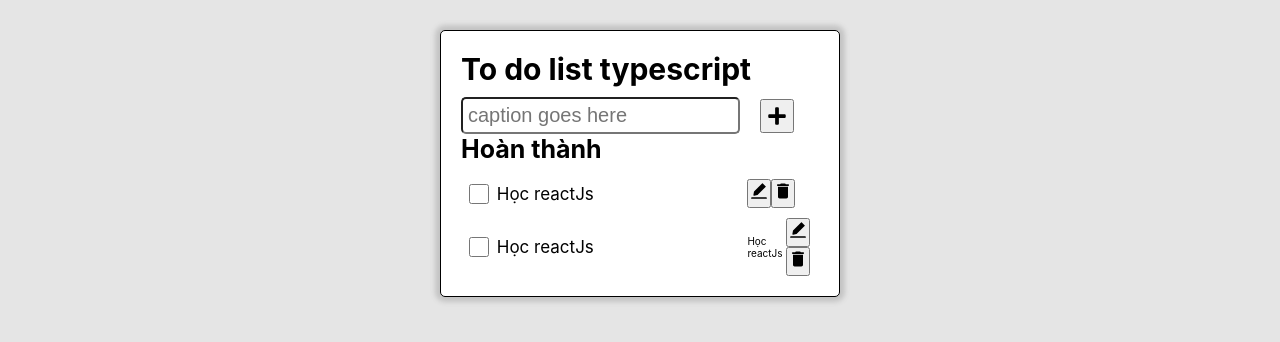
Repository: Nhatktvn/TodoListReactTs
Page: /
An editor plug-in stored every save of this project. The page is shown before and after the next save, followed by the edit.
The browser window is 1280 px wide. The pictures show the whole page.
The project was rebuilt for these pictures with package versions that can differ from the ones it lists, and the page was loaded fresh each time.

Above is the page before, as saved 2023-11-08 09:08:44.

### src/index.css
* {
  margin: 0;
  padding: 0;
  box-sizing: border-box;
}

html {
  font-size: 10px;
  --font-size: 2rem;
}

body {
  margin: 0;
  font-family: -apple-system, BlinkMacSystemFont, 'Segoe UI', 'Roboto', 'Oxygen', 'Ubuntu', 'Cantarell', 'Fira Sans',
    'Droid Sans', 'Helvetica Neue', sans-serif;
  -webkit-font-smoothing: antialiased;
  -moz-osx-font-smoothing: grayscale;
  background-color: #e5e5e5;
}

input,
button {
  font-size: var(--font-size);
}
code {
  font-family: source-code-pro, Menlo, Monaco, Consolas, 'Courier New', monospace;
}

### src/App.tsx
import React from 'react'
import './App.css'
import TodoList from './components/TodoList/TodoList'

function App() {
  return (
    <div className='App'>
      <TodoList />
    </div>
  )
}

export default App

### src/components/TodoList/TodoList.tsx
import React from 'react'
import styles from './todoList.module.scss'
import TaskInput from '../TaskInput/TaskInput'
import TaskList from '../TaskList/TaskList'
export default function TodoList() {
  return (
    <div className={styles.todoList}>
      <div className={styles.todoListContainer}>
        <TaskInput />
        <TaskList />
      </div>
    </div>
  )
}

### src/components/TodoList/todoList.module.scss
.todoList {
  padding: 3rem;
}
.todoListContainer {
  background-color: #fff;
  padding: 2rem;
  max-width: 40rem;
  border-radius: 5px;
  margin: 0 auto;
  border: 1px solid #000;
  box-shadow: 0px 0px 5px 5px #c4c4c4;
  text-align: left;
}

### src/components/TaskInput/TaskInput.tsx
import React from 'react'
import styles from './taskInput.module.scss'
import { FaPlus } from 'react-icons/fa'
export default function TaskInput() {
  return (
    <div>
      <h1 className={styles.title}>To do list typescript</h1>
      <form className={styles.form}>
        <input type='text' placeholder='caption goes here' />
        <button type='submit'>
          <FaPlus />
        </button>
      </form>
    </div>
  )
}

### src/components/TaskList/TaskList.tsx
import React from 'react'
import styles from './tasklist.module.scss'
import { AiFillEdit } from 'react-icons/ai'
import { MdDelete } from 'react-icons/md'
export default function TaskList() {
  return (
    <div>
      <h2 className={styles.title}>Hoàn thành</h2>
      <div className={styles.tasks}>
        <div className={styles.task}>
          <input type='checkbox' />
          <span className={styles.taskName}>Học reactJs</span>
          <div className={styles.taskAction}>
            <button className={styles.btn}>
              <AiFillEdit />
            </button>
            <button className={styles.btn}>
              <MdDelete />
            </button>
          </div>
        </div>
        <div className={styles.task}>
          <input type='checkbox' />
          <span className={styles.taskName}>Học reactJs</span>
          <span>Học reactJs</span>
          <div className={styles.taskAction}>
            <button className={styles.btn}>
              <AiFillEdit />
            </button>
            <button className={styles.btn}>
              <MdDelete />
            </button>
          </div>
        </div>
      </div>
    </div>
  )
}

### src/components/TaskInput/taskInput.module.scss
.title {
  font-size: 3rem;
  margin-bottom: 1rem;
}

.form {
  display: flex;
  justify-content: left;
  align-items: center;
  gap: 2rem;
  input {
    padding: 5px;
    border-radius: 5px;
  }
  button {
    flex-shrink: 0;
    cursor: pointer;
    display: flex;
    justify-content: center;
    align-items: center;
    padding: 5px;
  }
}

### src/components/TaskList/tasklist.module.scss
.title {
  font-size: 2.5rem;
  margin-bottom: 1.5rem;
}
.tasks {
  .task {
    display: flex;
    justify-content: flex-start;
    align-items: center;
    &:not(:last-child) {
      margin-bottom: 1rem;
    }
    input {
      flex: 0 0 10%;
      max-width: 10%;
      height: 2rem;
    }
    .taskName {
      flex: 0 0 70%;
      max-width: 70%;
      font-size: 1.7rem;
      &.taskNameDone {
        text-decoration: line-through;
      }
    }
  }
}

Loaded but not shown: public/index.html (common file); src/index.tsx (common file); src/reportWebVitals.ts (common file); src/App.css (common file)

After the next save:
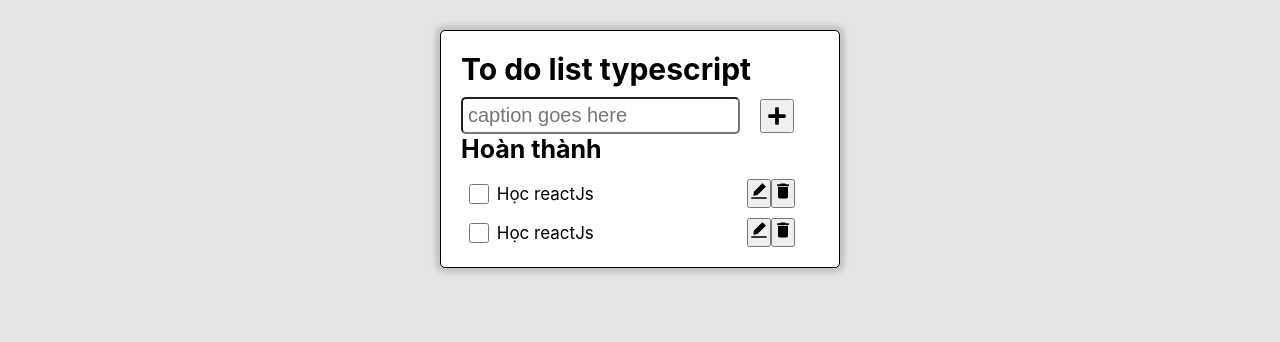
Saved 8 s later.
--- a/src/components/TaskList/TaskList.tsx
+++ b/src/components/TaskList/TaskList.tsx
@@ -22,7 +22,6 @@ export default function TaskList() {
         <div className={styles.task}>
           <input type='checkbox' />
           <span className={styles.taskName}>Học reactJs</span>
-          <span>Học reactJs</span>
           <div className={styles.taskAction}>
             <button className={styles.btn}>
               <AiFillEdit />
